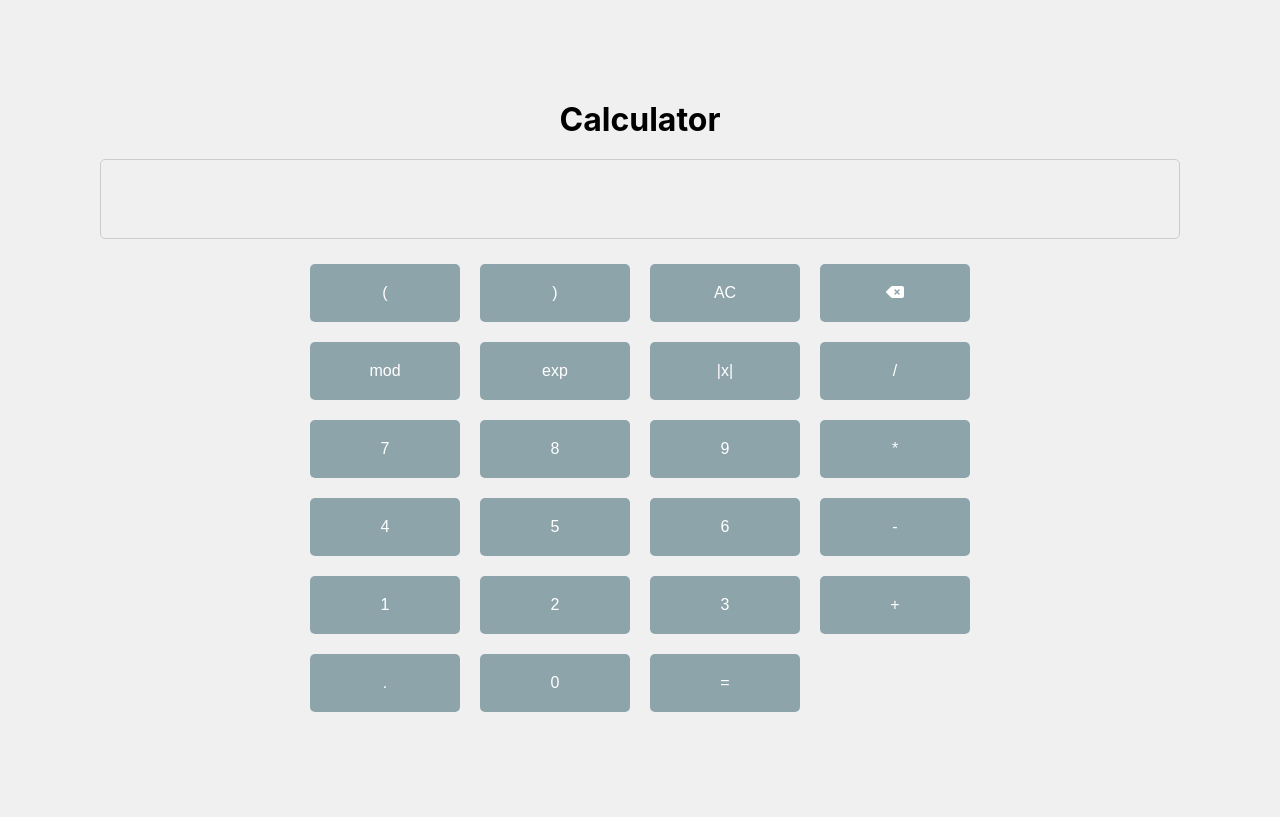
Repository: thesaherriaz/Calculator-React
Page: /
The author's editor kept a copy of each file at every save. The page is drawn from the files as they stood at one save, then again after a run of saves.
The browser window is 1280 px wide. The pictures show the whole page.
The pointer rests on the first visible `.btn-cal`.
The project was rebuilt for these pictures with package versions that can differ from the ones it lists, and the page was loaded fresh each time.

Above is the page before, as saved 2025-06-20 12:29:52.

After the next 2 saves:
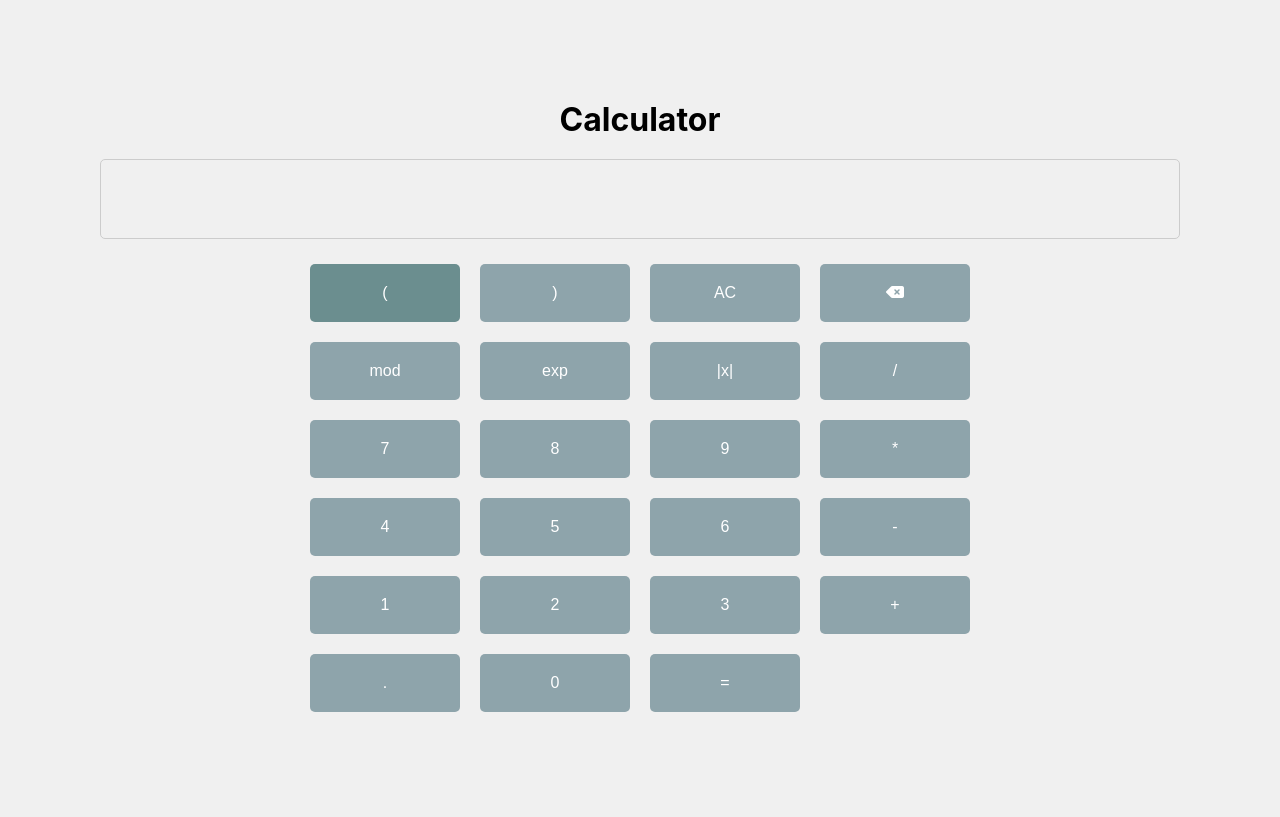
The 2 saves are shown as one change because they came seconds apart.
The last was saved 54 s later.
--- a/src/compnents/Calculator.css
+++ b/src/compnents/Calculator.css
@@ -31,6 +31,10 @@
   transition: background-color 0.3s ease;
 }
 
+.btn-cal:hover {
+  background-color: #6b8e8f;
+}
+
 .input {
   width: 100%;
   min-height: 80px;
